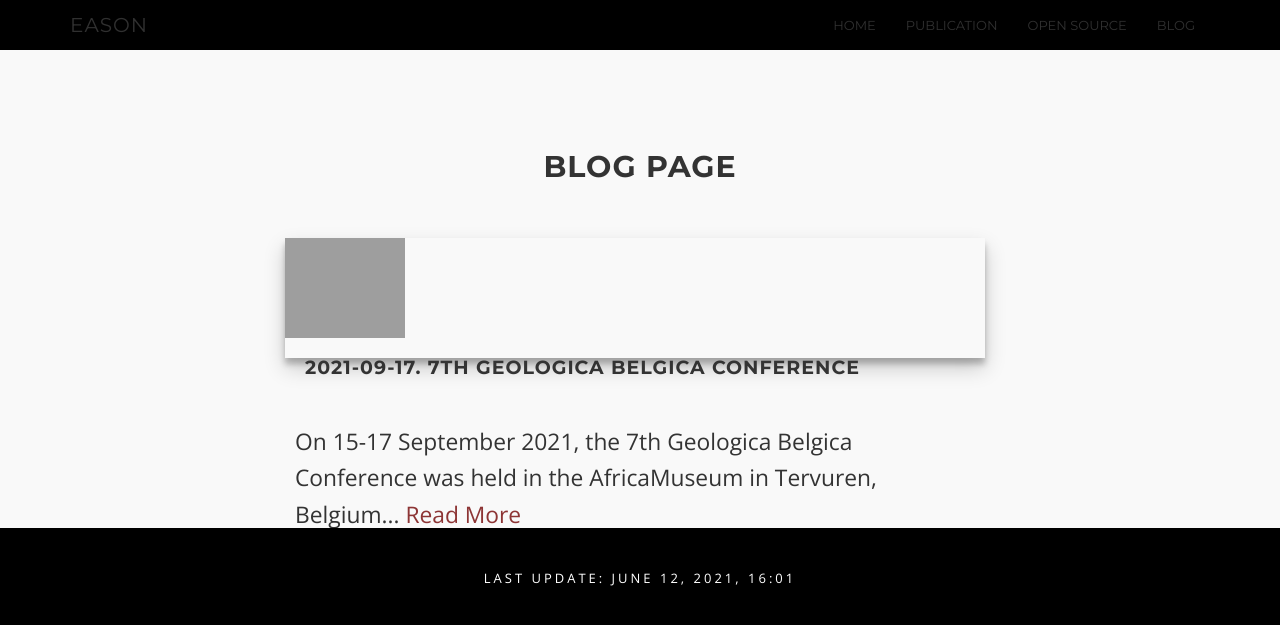
Repository: eazzzon/eazzzon.github.io
Page: blog.html
These files come from the project's save history. The page is drawn as it stood at one moment and after the next save; the edit follows.
The browser window is 1280 px wide. The pictures show the whole page.
Pictures or frames that could not be fetched are drawn as grey boxes.

Above is the page before, as saved 2021-09-18 00:06:13.

After the next save:
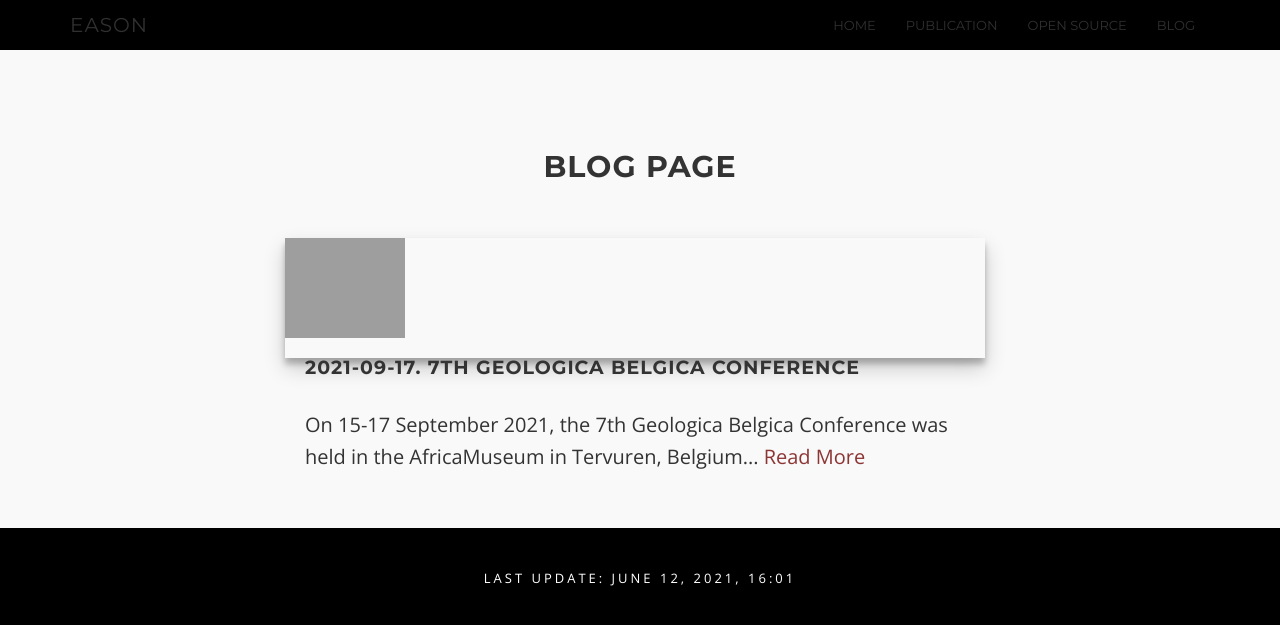
Saved 36 s later.
--- a/blog.html
+++ b/blog.html
@@ -70,7 +70,7 @@
 						<a  href="post20210917.html">
 							<h4 class="box-text">2021-09-17. 7th Geologica Belgica Conference </h4>
 						</a>
-						<p style="font-size:120%;">On 15-17 September 2021, the 7th Geologica Belgica Conference was held in the AfricaMuseum in Tervuren, Belgium... <a href="post20210917.html" style="color:rgb(141, 53, 53);">Read More</a></p>
+						<p class="p">On 15-17 September 2021, the 7th Geologica Belgica Conference was held in the AfricaMuseum in Tervuren, Belgium... <a href="post20210917.html" style="color:rgb(141, 53, 53);">Read More</a></p>
 					</div>
 				</div>
 				</div>
